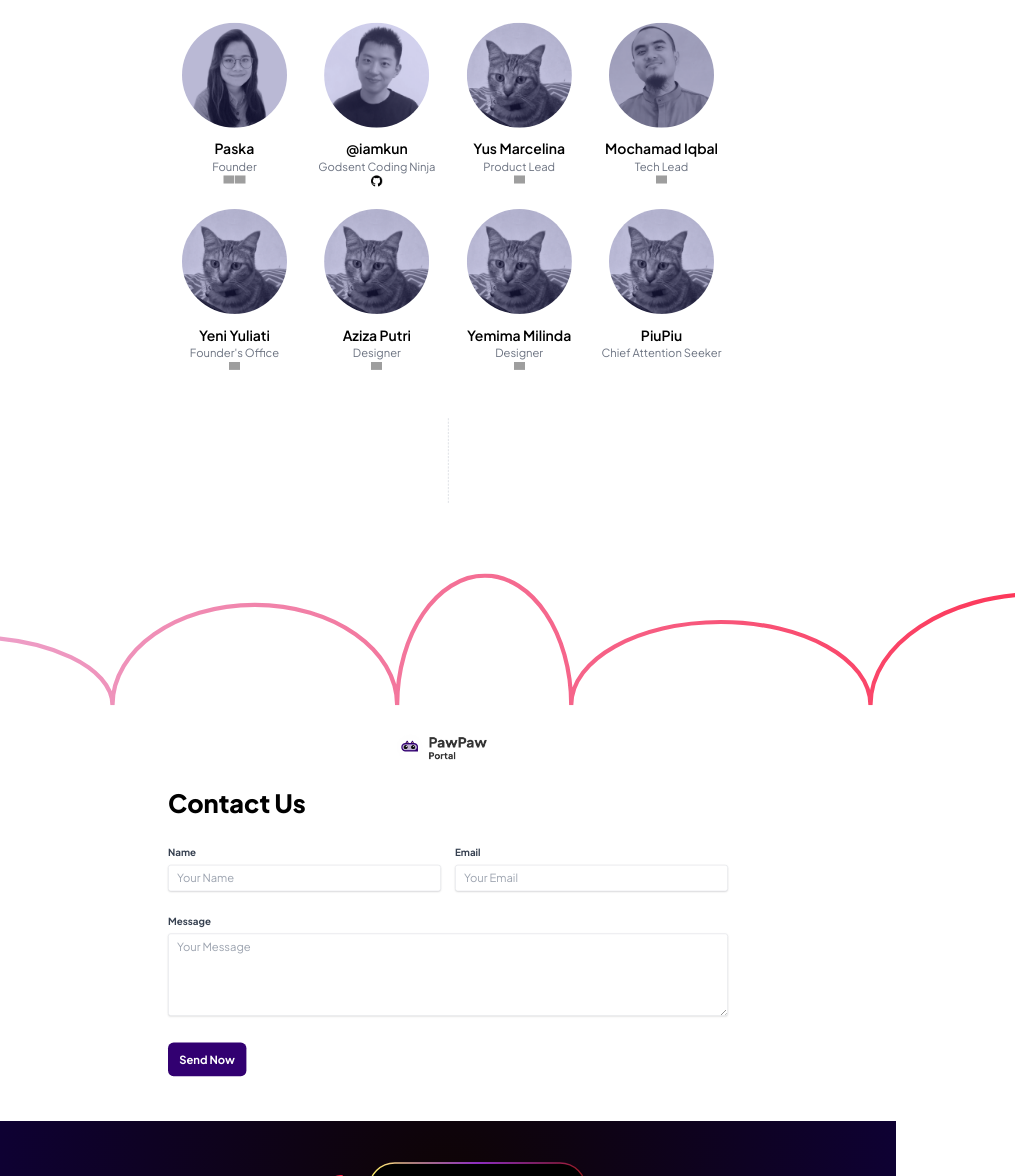
Repository: paskasiregar/pawpawwebsite
Page: /
The author's editor kept a copy of each file at every save. The page is drawn from the files as they stood at one save, then again after the next save.
The browser window is 1280 px wide. The page is 1450 px wide, so the pictures cover 1450 px, including what lies to the right of the window. The pictures show the part of the page from y = 1839 to 3519 px (the page is 4052 px tall before and 4112 px after), at 70% of full size.
Pictures or frames that could not be fetched are drawn as grey boxes. The project was rebuilt for these pictures with package versions that can differ from the ones it lists, and the page was loaded fresh each time. The framework's server and built-in components were replaced by stand-ins that run in the browser. Also part of the build but not shown: next.config.js, next.config.mjs.

Above is the page before, as saved 2024-09-06 12:33:12.

After the next save:
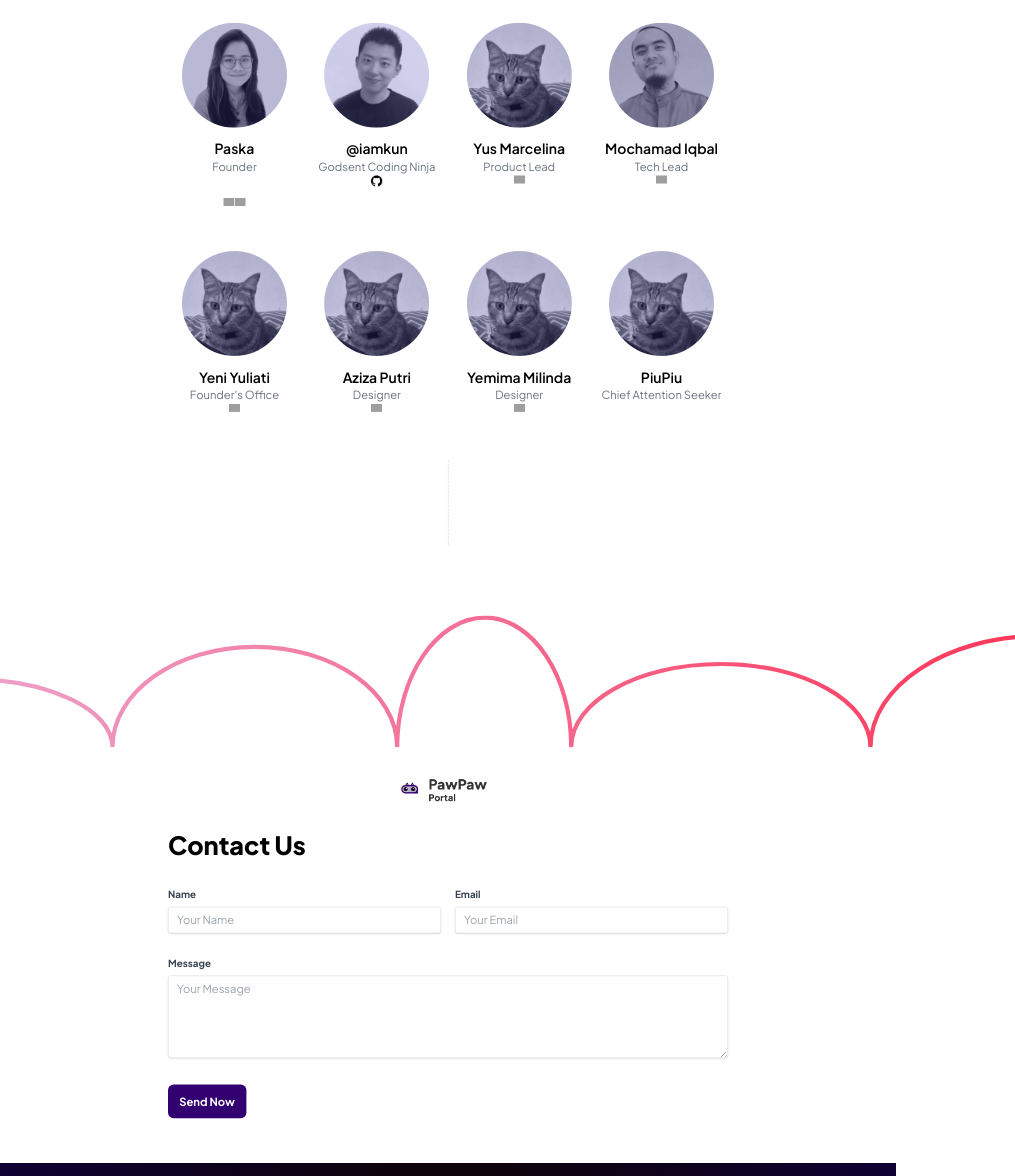
Saved 6 s later.
--- a/src/app/page.js
+++ b/src/app/page.js
@@ -162,7 +162,7 @@ export default async function Home() {
                   />
                   <div className="text-xl font-semibold mt-4">Paska</div>
                   <div className="text-gray-500">Founder</div>
-                  <div className="flex">
+                  <div className="flex m-8">
                     <Link href="https://www.linkedin.com/in/pas-ka" passHref>
                       <Image
                         src={linkedin}

After the save that followed:
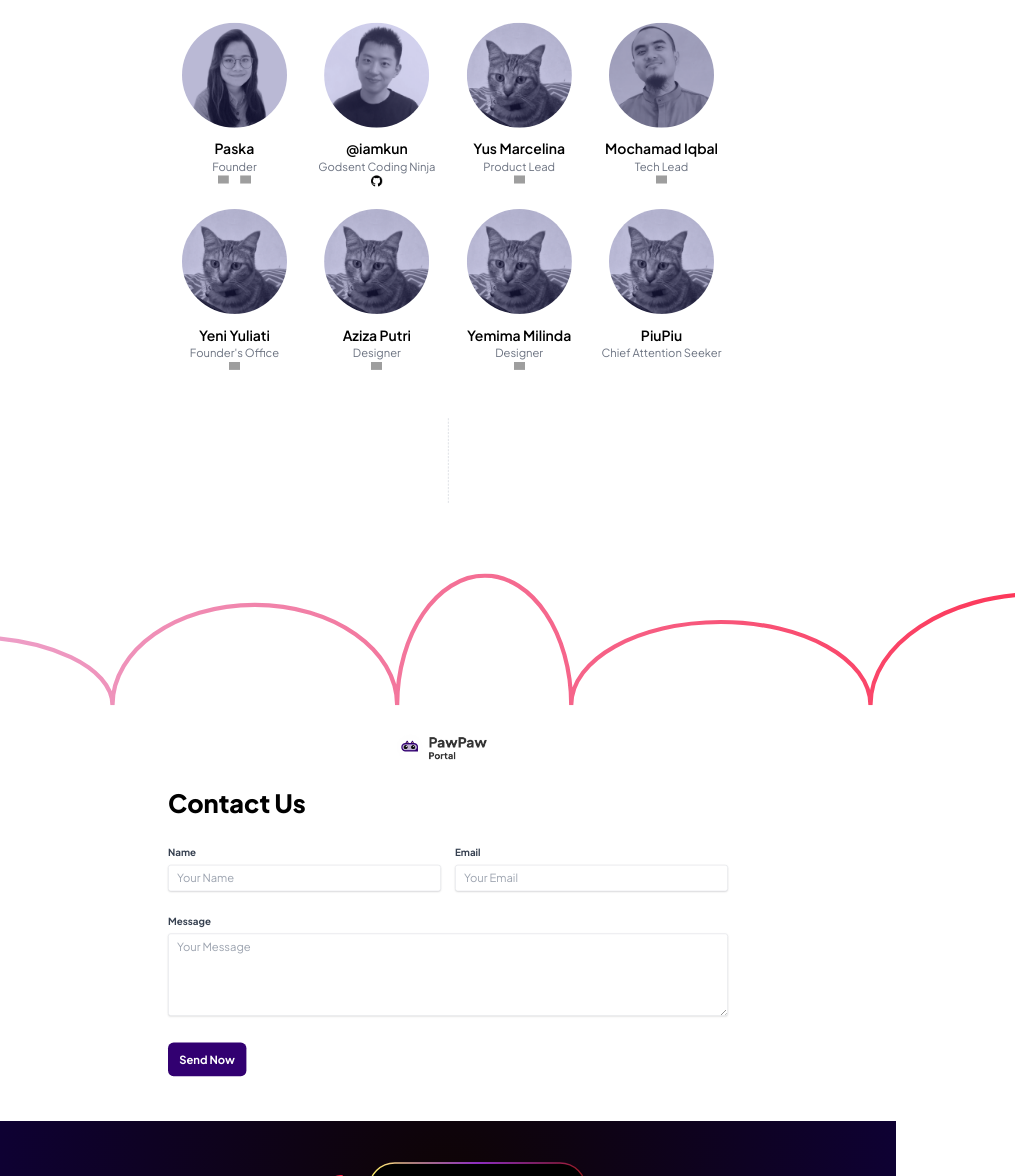
Saved 6 s later.
--- a/src/app/page.js
+++ b/src/app/page.js
@@ -162,7 +162,7 @@ export default async function Home() {
                   />
                   <div className="text-xl font-semibold mt-4">Paska</div>
                   <div className="text-gray-500">Founder</div>
-                  <div className="flex m-8">
+                  <div className="flex gap-4">
                     <Link href="https://www.linkedin.com/in/pas-ka" passHref>
                       <Image
                         src={linkedin}
